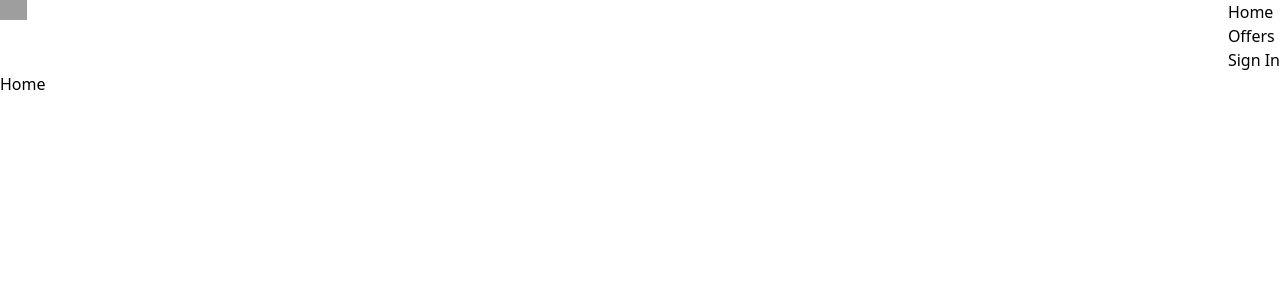
Repository: Mardoqueu/realtor-clone-react
Page: /
An editor plug-in stored every save of this project. The page is shown before and after the next save, followed by the edit.
The browser window is 1280 px wide. The pictures show the whole page.
Pictures or frames that could not be fetched are drawn as grey boxes. The project was rebuilt for these pictures with package versions that can differ from the ones it lists, and the page was loaded fresh each time. Also part of the build but not shown: src/pages/Profile.jsx, src/pages/SignIn.jsx, src/pages/SignUp.jsx, src/pages/ForgotPassword.jsx, src/pages/Offers.jsx.

Above is the page before, as saved 2022-10-27 08:12:52.

After the next save:
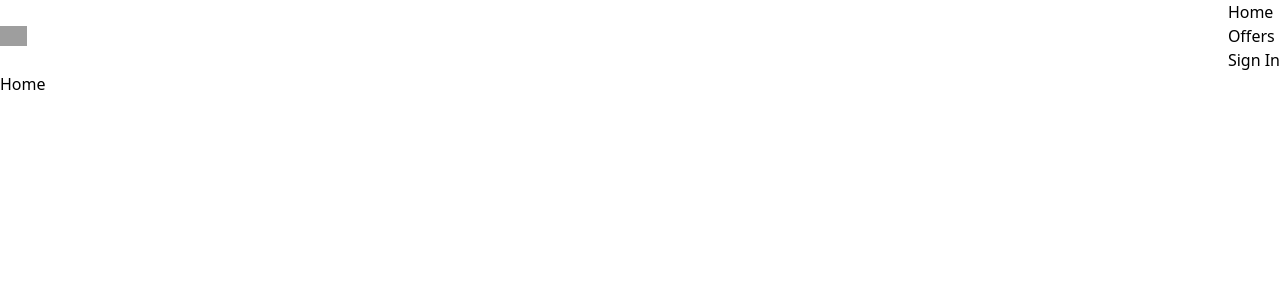
Saved 18 s later.
--- a/src/components/Header.jsx
+++ b/src/components/Header.jsx
@@ -3,7 +3,7 @@ import React from 'react';
 const Header = () => {
     return (
         <div>
-            <header className='flex justify-between'>
+            <header className='flex justify-between items-center'>
                 <div>
                     <img src='https://static.rdc.moveaws.com/images/logos/rdc-logo-default.svg' alt='logo'
                     className='h-5 cursor-pointer'></img>
